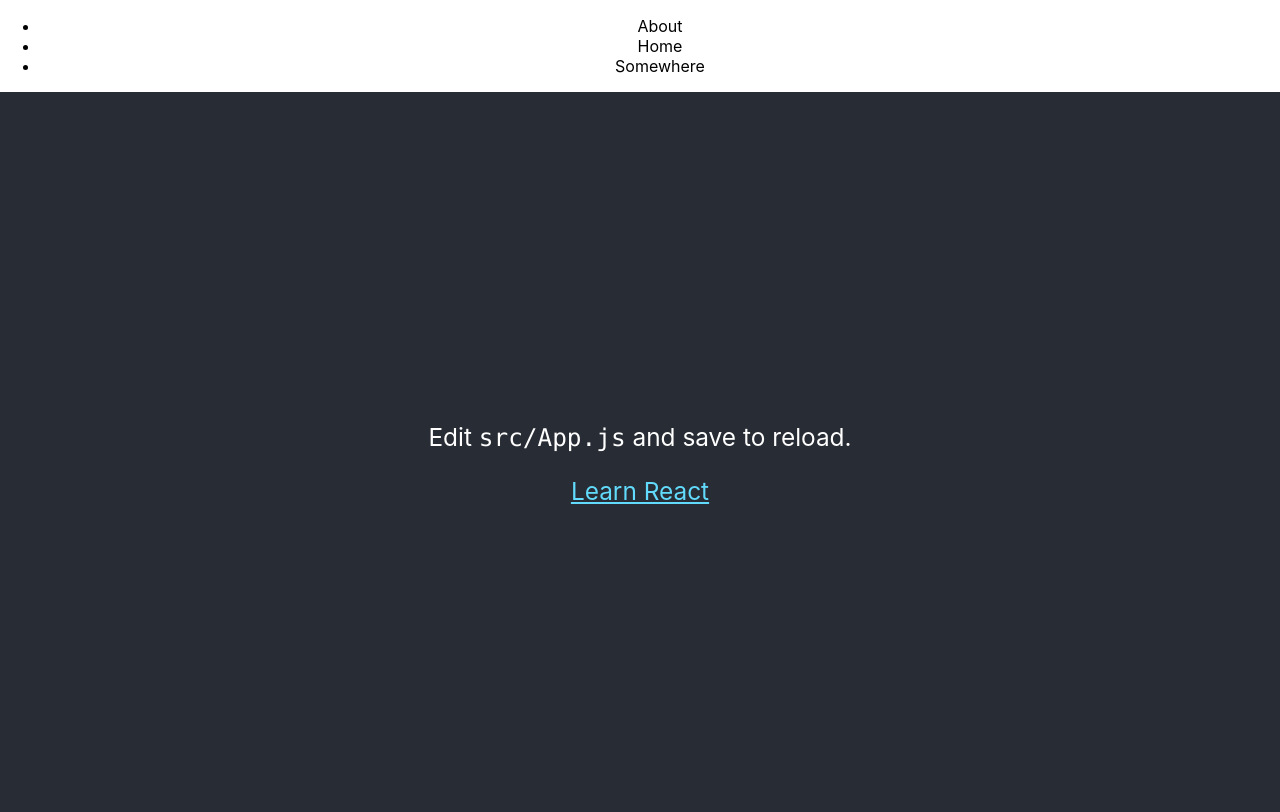
Repository: konstantin0s/hello-react
Page: /
The author's editor kept a copy of each file at every save. The page is drawn from the files as they stood at one save, then again after the next save.
The browser window is 1280 px wide. The pictures show the whole page.
The project was rebuilt for these pictures with package versions that can differ from the ones it lists, and the page was loaded fresh each time.

Above is the page before, as saved 2019-03-11 10:27:13.

### src/App.js
import React, { Component } from 'react';
import Nav from './Nav';
import './App.css';

class App extends Component {
  render() {
    return (
      <div className="App">
      <Nav />
        <header className="App-header">
          <p>
            Edit <code>src/App.js</code> and save to reload.
          </p>
          <a
            className="App-link"
            href="https://reactjs.org"
            target="_blank"
            rel="noopener noreferrer"
          >
            Learn React
          </a>
        </header>
      </div>
    );
  }
}

export default App;

### src/Nav.js
import React from 'react'

export default function Nav() {
  return (
    <ul>
    <li>About</li>
    <li>Home</li>
    <li>Somewhere</li>
    </ul>
  )
}

Loaded but not shown: public/index.html (common file); src/index.js (common file); src/index.css (common file); src/serviceWorker.js (common file); src/App.css (common file)

After the next save:
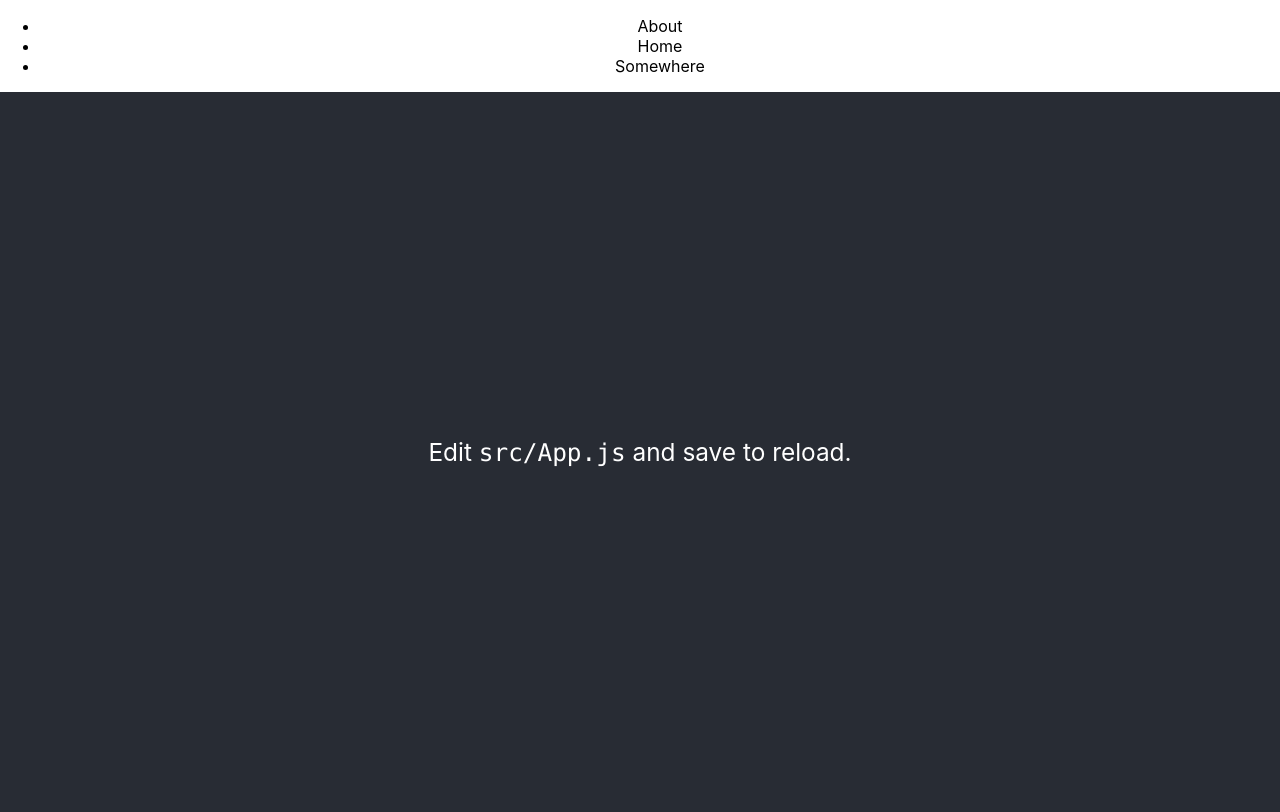
Saved 32 s later.
--- a/src/App.js
+++ b/src/App.js
@@ -11,14 +11,7 @@ class App extends Component {
           <p>
             Edit <code>src/App.js</code> and save to reload.
           </p>
-          <a
-            className="App-link"
-            href="https://reactjs.org"
-            target="_blank"
-            rel="noopener noreferrer"
-          >
-            Learn React
-          </a>
+
         </header>
       </div>
     );
